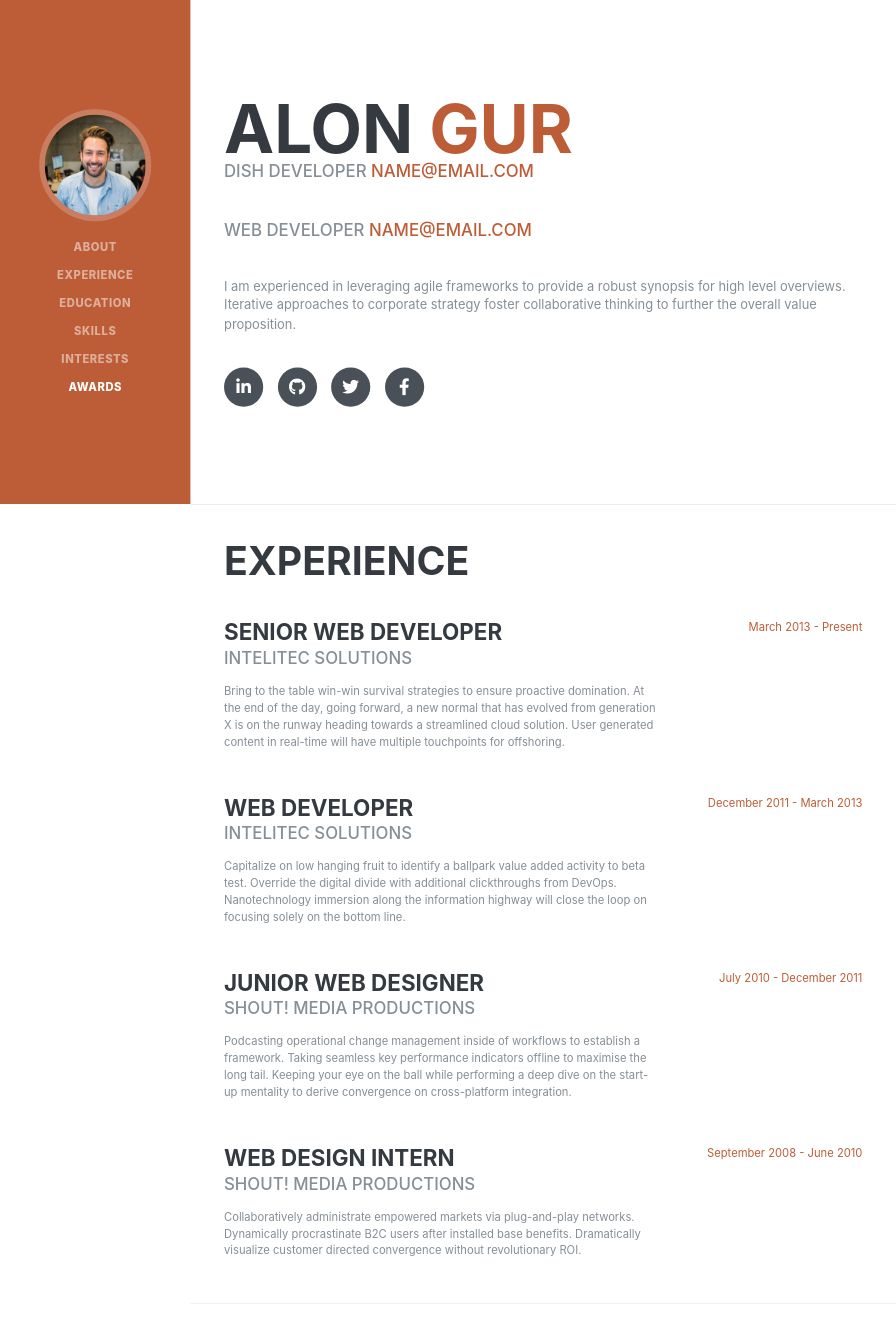
Repository: AlonGur/resume
Page: index.html
These files come from the project's save history. The page is drawn as it stood at one moment and after the next save; the edit follows.
The browser window is 1280 px wide. The pictures show the part of the page from y = 0 to 1920 px (the page is 4746 px tall), at 70% of full size.
Some web fonts or font styles are not loaded; a fallback is used.

Above is the page before, as saved 2019-06-07 15:32:45.

### index.html
<!DOCTYPE html>
<html lang="en">

<head>

  <meta charset="utf-8">
  <meta name="viewport" content="width=device-width, initial-scale=1, shrink-to-fit=no">
  <meta name="description" content="">
  <meta name="author" content="">

  <title>Resume - Start Bootstrap Theme</title>

  <!-- Bootstrap core CSS -->
  <link href="vendor/bootstrap/css/bootstrap.min.css" rel="stylesheet">

  <!-- Custom fonts for this template -->
  <link href="https://fonts.googleapis.com/css?family=Saira+Extra+Condensed:500,700" rel="stylesheet">
  <link href="https://fonts.googleapis.com/css?family=Muli:400,400i,800,800i" rel="stylesheet">
  <link href="vendor/fontawesome-free/css/all.min.css" rel="stylesheet">

  <!-- Custom styles for this template -->
  <link href="css/resume.min.css" rel="stylesheet">

</head>

<body id="page-top">

  <nav class="navbar navbar-expand-lg navbar-dark bg-primary fixed-top" id="sideNav">
    <a class="navbar-brand js-scroll-trigger" href="#page-top">
      <span class="d-block d-lg-none">Alon Gur</span>
      <span class="d-none d-lg-block">
        <img class="img-fluid img-profile rounded-circle mx-auto mb-2" src="img/profile.jpg" alt="">
      </span>
    </a>
    <button class="navbar-toggler" type="button" data-toggle="collapse" data-target="#navbarSupportedContent" aria-controls="navbarSupportedContent" aria-expanded="false" aria-label="Toggle navigation">
      <span class="navbar-toggler-icon"></span>
    </button>
    <div class="collapse navbar-collapse" id="navbarSupportedContent">
      <ul class="navbar-nav">
        <li class="nav-item">
          <a class="nav-link js-scroll-trigger" href="#about">About</a>
        </li>
        <li class="nav-item">
          <a class="nav-link js-scroll-trigger" href="#experience">Experience</a>
        </li>
        <li class="nav-item">
          <a class="nav-link js-scroll-trigger" href="#education">Education</a>
        </li>
        <li class="nav-item">
          <a class="nav-link js-scroll-trigger" href="#skills">Skills</a>
        </li>
        <li class="nav-item">
          <a class="nav-link js-scroll-trigger" href="#interests">Interests</a>
        </li>
        <li class="nav-item">
          <a class="nav-link js-scroll-trigger" href="#awards">Awards</a>
        </li>
      </ul>
    </div>
  </nav>

  <div class="container-fluid p-0">

    <section class="resume-section p-3 p-lg-5 d-flex align-items-center" id="about">
      <div class="w-100">
        <h1 class="mb-0">Alon
          <span class="text-primary">Gur</span>
        </h1>
        <div class="subheading mb-5">Dish Developer
          <a href="mailto:name@email.com">name@email.com</a>
        </div>
        <div class="subheading mb-5">Web Developer
          <a href="mailto:name@email.com">name@email.com</a>
        </div>
        <p class="lead mb-5">I am experienced in leveraging agile frameworks to provide a robust synopsis for high level overviews. Iterative approaches to corporate strategy foster collaborative thinking to further the overall value proposition.</p>
        <div class="social-icons">
          <a href="#">
            <i class="fab fa-linkedin-in"></i>
          </a>
          <a href="#">
            <i class="fab fa-github"></i>
          </a>
          <a href="#">
            <i class="fab fa-twitter"></i>
          </a>
          <a href="#">
            <i class="fab fa-facebook-f"></i>
          </a>
        </div>
      </div>
    </section>

    <hr class="m-0">

    <section class="resume-section p-3 p-lg-5 d-flex justify-content-center" id="experience">
      <div class="w-100">
        <h2 class="mb-5">Experience</h2>

        <div class="resume-item d-flex flex-column flex-md-row justify-content-between mb-5">
          <div class="resume-content">
            <h3 class="mb-0">Senior Web Developer</h3>
            <div class="subheading mb-3">Intelitec Solutions</div>
            <p>Bring to the table win-win survival strategies to ensure proactive domination. At the end of the day, going forward, a new normal that has evolved from generation X is on the runway heading towards a streamlined cloud solution. User generated content in real-time will have multiple touchpoints for offshoring.</p>
          </div>
          <div class="resume-date text-md-right">
            <span class="text-primary">March 2013 - Present</span>
          </div>
        </div>

        <div class="resume-item d-flex flex-column flex-md-row justify-content-between mb-5">
          <div class="resume-content">
            <h3 class="mb-0">Web Developer</h3>
            <div class="subheading mb-3">Intelitec Solutions</div>
            <p>Capitalize on low hanging fruit to identify a ballpark value added activity to beta test. Override the digital divide with additional clickthroughs from DevOps. Nanotechnology immersion along the information highway will close the loop on focusing solely on the bottom line.</p>
          </div>
          <div class="resume-date text-md-right">
            <span class="text-primary">December 2011 - March 2013</span>
          </div>
        </div>

        <div class="resume-item d-flex flex-column flex-md-row justify-content-between mb-5">
          <div class="resume-content">
            <h3 class="mb-0">Junior Web Designer</h3>
            <div class="subheading mb-3">Shout! Media Productions</div>
            <p>Podcasting operational change management inside of workflows to establish a framework. Taking seamless key performance indicators offline to maximise the long tail. Keeping your eye on the ball while performing a deep dive on the start-up mentality to derive convergence on cross-platform integration.</p>
          </div>
          <div class="resume-date text-md-right">
            <span class="text-primary">July 2010 - December 2011</span>
          </div>
        </div>

        <div class="resume-item d-flex flex-column flex-md-row justify-content-between">
          <div class="resume-content">
            <h3 class="mb-0">Web Design Intern</h3>
            <div class="subheading mb-3">Shout! Media Productions</div>
            <p>Collaboratively administrate empowered markets via plug-and-play networks. Dynamically procrastinate B2C users after installed base benefits. Dramatically visualize customer directed convergence without revolutionary ROI.</p>
          </div>
          <div class="resume-date text-md-right">
            <span class="text-primary">September 2008 - June 2010</span>
          </div>
        </div>

      </div>

    </section>

    <hr class="m-0">

    <section class="resume-section p-3 p-lg-5 d-flex align-items-center" id="education">
      <div class="w-100">
        <h2 class="mb-5">Education</h2>

        <div class="resume-item d-flex flex-column flex-md-row justify-content-between mb-5">
          <div class="resume-content">
            <h3 class="mb-0">University of Colorado Boulder</h3>
            <div class="subheading mb-3">Bachelor of Science</div>
            <div>Computer Science - Web Development Track</div>
            <p>GPA: 3.23</p>
          </div>
          <div class="resume-date text-md-right">
            <span class="text-primary">August 2006 - May 2010</span>
          </div>
        </div>

        <div class="resume-item d-flex flex-column flex-md-row justify-content-between">
          <div class="resume-content">
            <h3 class="mb-0">James Buchanan High School</h3>
            <div class="subheading mb-3">Technology Magnet Program</div>
            <p>GPA: 3.56</p>
          </div>
          <div class="resume-date text-md-right">
            <span class="text-primary">August 2002 - May 2006</span>
          </div>
        </div>

      </div>
    </section>

    <hr class="m-0">

    <section class="resume-section p-3 p-lg-5 d-flex align-items-center" id="skills">
      <div class="w-100">
        <h2 class="mb-5">Skills</h2>

        <div class="subheading mb-3">Programming Languages &amp; Tools</div>
        <ul class="list-inline dev-icons">
          <li class="list-inline-item">
            <i class="fab fa-html5"></i>
          </li>
          <li class="list-inline-item">
            <i class="fab fa-css3-alt"></i>
          </li>
          <li class="list-inline-item">
            <i class="fab fa-js-square"></i>
          </li>
          <li class="list-inline-item">
            <i class="fab fa-angular"></i>
          </li>
          <li class="list-inline-item">
            <i class="fab fa-react"></i>
          </li>
          <li class="list-inline-item">
            <i class="fab fa-node-js"></i>
          </li>
          <li class="list-inline-item">
            <i class="fab fa-sass"></i>
          </li>
          <li class="list-inline-item">
            <i class="fab fa-less"></i>
          </li>
          <li class="list-inline-item">
            <i class="fab fa-wordpress"></i>
          </li>
          <li class="list-inline-item">
            <i class="fab fa-gulp"></i>
          </li>
          <li class="list-inline-item">
            <i class="fab fa-grunt"></i>
          </li>
          <li class="list-inline-item">
            <i class="fab fa-npm"></i>
          </li>
        </ul>

        <div class="subheading mb-3">Workflow</div>
        <ul class="fa-ul mb-0">
          <li>
            <i class="fa-li fa fa-check"></i>
            Mobile-First, Responsive Design</li>
          <li>
            <i class="fa-li fa fa-check"></i>
            Cross Browser Testing &amp; Debugging</li>
          <li>
            <i class="fa-li fa fa-check"></i>
            Cross Functional Teams</li>
          <li>
            <i class="fa-li fa fa-check"></i>
            Agile Development &amp; Scrum</li>
        </ul>
      </div>
    </section>

    <hr class="m-0">

    <section class="resume-section p-3 p-lg-5 d-flex align-items-center" id="interests">
      <div class="w-100">
        <h2 class="mb-5">Interests</h2>
        <p>Apart from being a web developer, I enjoy most of my time being outdoors. In the winter, I am an avid skier and novice ice climber. During the warmer months here in Colorado, I enjoy mountain biking, free climbing, and kayaking.</p>
        <p class="mb-0">When forced indoors, I follow a number of sci-fi and fantasy genre movies and television shows, I am an aspiring chef, and I spend a large amount of my free time exploring the latest technology advancements in the front-end web development world.</p>
      </div>
    </section>

    <hr class="m-0">

    <section class="resume-section p-3 p-lg-5 d-flex align-items-center" id="awards">
      <div class="w-100">
        <h2 class="mb-5">Awards &amp; Certifications</h2>
        <ul class="fa-ul mb-0">
          <li>
            <i class="fa-li fa fa-trophy text-warning"></i>
            Google Analytics Certified Developer</li>
          <li>
            <i class="fa-li fa fa-trophy text-warning"></i>
            Mobile Web Specialist - Google Certification</li>
          <li>
            <i class="fa-li fa fa-trophy text-warning"></i>
            1<sup>st</sup>
            Place - University of Colorado Boulder - Emerging Tech Competition 2009</li>
          <li>
            <i class="fa-li fa fa-trophy text-warning"></i>
            1<sup>st</sup>
            Place - University of Colorado Boulder - Adobe Creative Jam 2008 (UI Design Category)</li>
          <li>
            <i class="fa-li fa fa-trophy text-warning"></i>
            2<sup>nd</sup>
            Place - University of Colorado Boulder - Emerging Tech Competition 2008</li>
          <li>
            <i class="fa-li fa fa-trophy text-warning"></i>
            1<sup>st</sup>
            Place - James Buchanan High School - Hackathon 2006</li>
          <li>
            <i class="fa-li fa fa-trophy text-warning"></i>
            3<sup>rd</sup>
            Place - James Buchanan High School - Hackathon 2005</li>
        </ul>
      </div>
    </section>

  </div>

  <!-- Bootstrap core JavaScript -->
  <script src="vendor/jquery/jquery.min.js"></script>
  <script src="vendor/bootstrap/js/bootstrap.bundle.min.js"></script>

  <!-- Plugin JavaScript -->
  <script src="vendor/jquery-easing/jquery.easing.min.js"></script>

  <!-- Custom scripts for this template -->
  <script src="js/resume.min.js"></script>

</body>

</html>

Loaded but not shown: vendor/bootstrap/css/bootstrap.min.css (library); vendor/fontawesome-free/css/all.min.css (library); css/resume.min.css (library); vendor/jquery/jquery.min.js (library); vendor/bootstrap/js/bootstrap.bundle.min.js (library); vendor/jquery-easing/jquery.easing.min.js (common file); js/resume.min.js (common file)

After the next save:
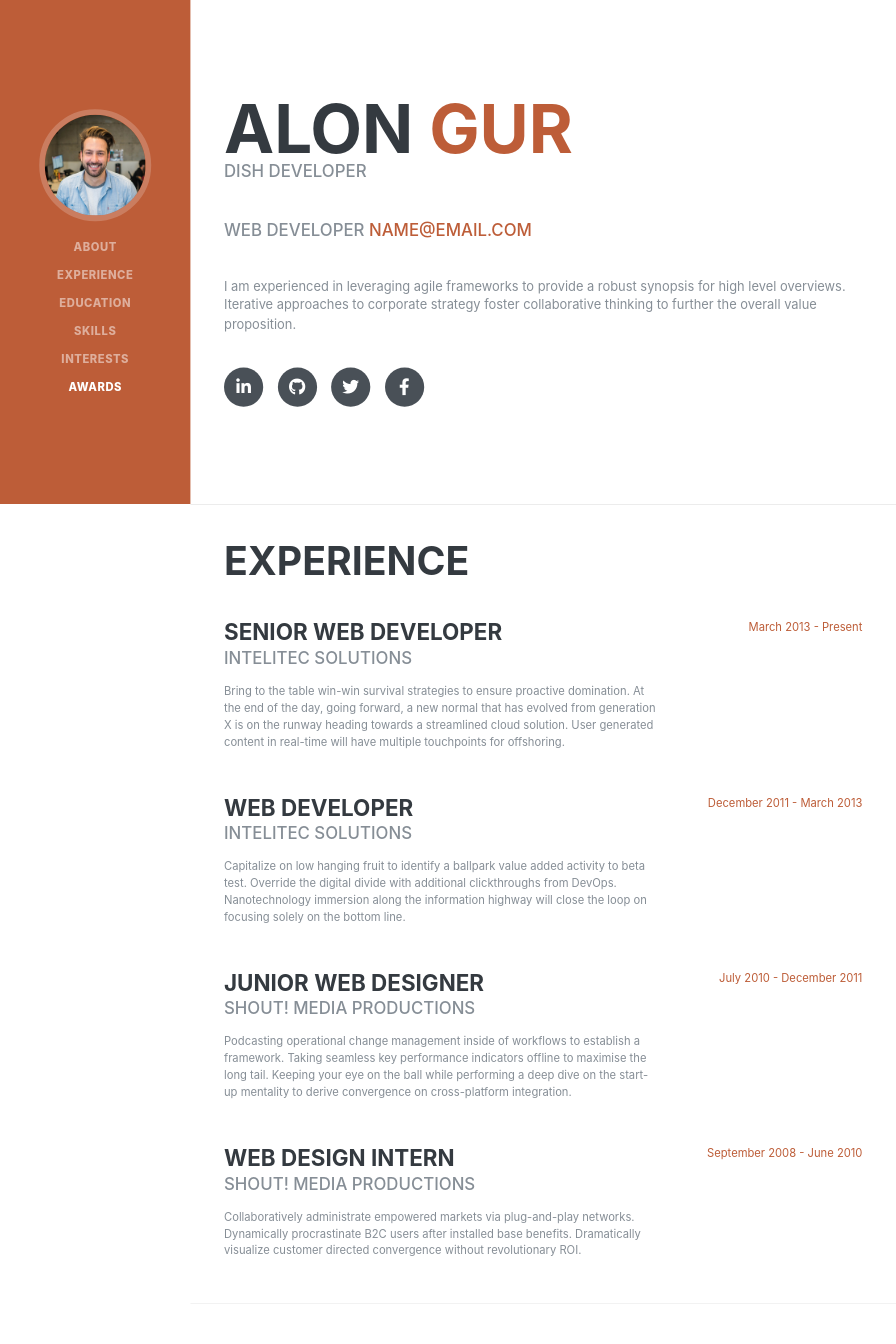
Saved 19 s later.
--- a/index.html
+++ b/index.html
@@ -67,7 +67,6 @@
           <span class="text-primary">Gur</span>
         </h1>
         <div class="subheading mb-5">Dish Developer
-          <a href="mailto:name@email.com">name@email.com</a>
         </div>
         <div class="subheading mb-5">Web Developer
           <a href="mailto:name@email.com">name@email.com</a>
